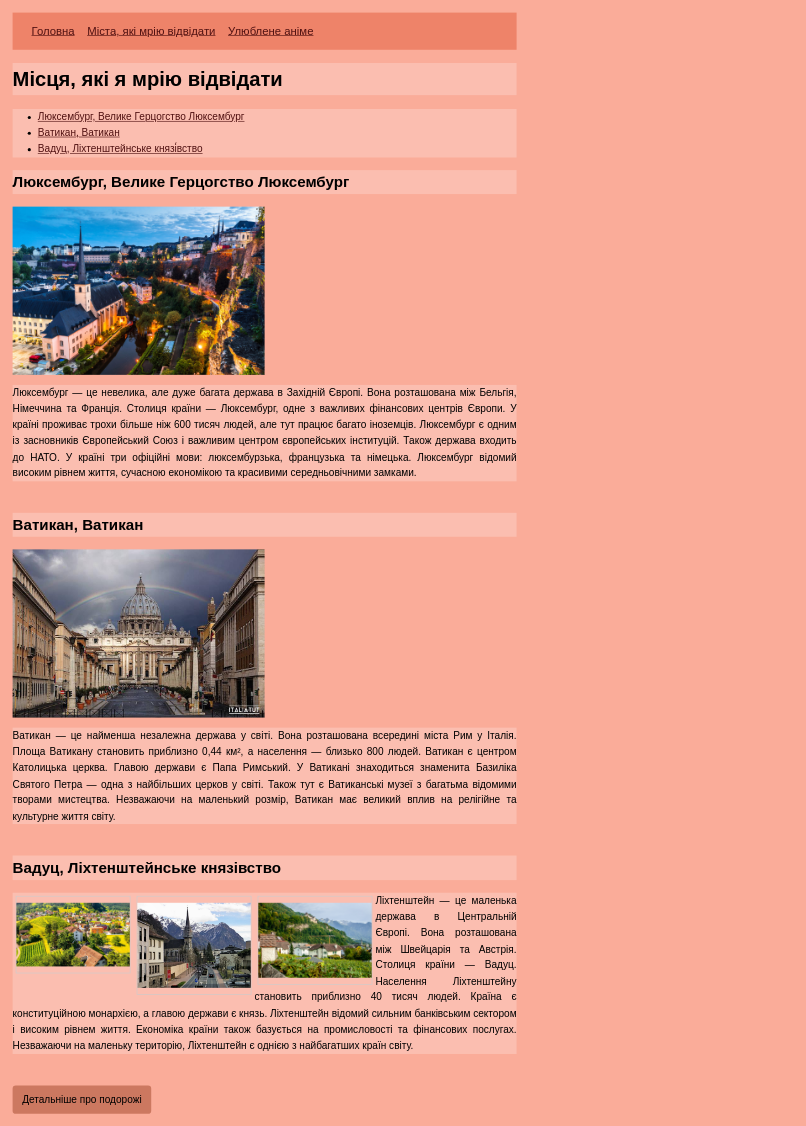
Repository: alexandrastarovoyda-star/homework_info
Page: Mainpr/pr5/html/city.html
These files come from the project's save history. The page is drawn as it stood at one moment and after the next save; the edit follows.
The browser window is 1280 px wide. The pictures show the whole page, at 63% of full size.

Above is the page before, as saved 2026-04-01 15:13:16.

### Mainpr/pr5/html/city.html
<!DOCTYPE html>
<html lang="uk">
<head>
    <meta charset="UTF-8">
    <meta name="viewport" content="width=device-width, initial-scale=1.0">
    <title>Місця, які я мрію відвідати</title>
    <link rel="stylesheet" href="../css/city.css">
    <link rel="stylesheet" href="../css/all.css">
</head>
<body>
    <div id="navbar"></div>
    <h1>Місця, які я мрію відвідати</h1>

    <ul>
        <li><a href="#luxemburg">Люксембург, Велике Герцогство Люксембург</a></li>
        <li><a href="#vatikan">Ватикан, Ватикан</a></li>
        <li><a href="#vaduz">Вадуц, Ліхтенштейнське князі́вство</a></li>
    </ul>

    <section id="luxemburg">
        <h2> Люксембург, Велике Герцогство Люксембург</h2>
        <img src="../img/Lux-1.jpg" alt="Люксембург" width="50%">
        <p align= 'justify'> Люксембург — це невелика, але дуже багата держава в Західній Європі. Вона розташована між Бельгія, Німеччина та Франція. Столиця країни — Люксембург, одне з важливих фінансових центрів Європи. У країні проживає трохи більше ніж 600 тисяч людей, але тут працює багато іноземців. Люксембург є одним із засновників Європейський Союз і важливим центром європейських інституцій. Також держава входить до НАТО. У країні три офіційні мови: люксембурзька, французька та німецька. Люксембург відомий високим рівнем життя, сучасною економікою та красивими середньовічними замками. </p>
    </section>

    <section id="vatikan">
        <h2>Ватикан, Ватикан</h2>
        <img src="../img/san_pietro_arcobaleno.jpg" alt="Ватикан" width="50%">
        <p align= 'justify'>Ватикан — це найменша незалежна держава у світі. Вона розташована всередині міста Рим у Італія. Площа Ватикану становить приблизно 0,44 км², а населення — близько 800 людей. Ватикан є центром Католицька церква. Главою держави є Папа Римський. У Ватикані знаходиться знаменита Базиліка Святого Петра — одна з найбільших церков у світі. Також тут є Ватиканські музеї з багатьма відомими творами мистецтва. Незважаючи на маленький розмір, Ватикан має великий вплив на релігійне та культурне життя світу.</p>
    </section>

    <section id="vaduz">
        <h2>Вадуц, Ліхтенштейнське князівство</h2>
        <div class="gallery">
        <img src="../img/Balzers-village-in-Liechten_0.jpg" alt="Вадуц" width="50%">
        </div>
         <div class="gallery">
        <img src="../img/vad2.jpg" alt="Вадуц" width="50%">
        </div>
         <div class="gallery">
        <img src="../img/vad3.jpg" alt="Вадуц" width="50%">
        </div>
        <p align= 'justify'>Ліхтенштейн — це маленька держава в Центральній Європі. Вона розташована між Швейцарія та Австрія. Столиця країни — Вадуц. Населення Ліхтенштейну становить приблизно 40 тисяч людей. Країна є конституційною монархією, а главою держави є князь. Ліхтенштейн відомий сильним банківським сектором і високим рівнем життя. Економіка країни також базується на промисловості та фінансових послугах. Незважаючи на маленьку територію, Ліхтенштейн є однією з найбагатших країн світу.</p>
    </section>

    <a class="back-to-top" href="https://www.accordtour.com/avtobusni_tury_bez_nichnykh_pereyizdiv/likhtenshteyn" target="_blank">Детальніше про подорожі</a>
    <script src="../js/navbar2.js"></script>
</body>
</html>

### Mainpr/pr5/css/city.css
 body {
    background-color: rgba(250, 164, 143, 0.911);/*колір фону сторінки*/
    width: 800px; /*ширина сторінки*/
    font-size: 16px; /*розмір тексту*/
    font-family: Arial, sans-serif; /*шрифт*/
    margin: 20px; /*відступ від країв*/
    line-height: 1.6; /*міжрядковий інтервал*/
}
section {
    margin-bottom: 50px; /*відступ знизу секції*/
}
img {
    max-width: 100%; /*максимальна ширина*/
    height: auto; /*висота*/
    display: block; /*зображення відображається як блочний елемент*/
    margin: 10px 0; /*відступи зліва та зправа  відсутні, 10 пікселів зверху і знизу*/
}
.back-to-top {
    display: block; /*відображається як блочний елемент*/
    margin: 20px 0; /*відступи зліва та зправа  відсутні, 20 пікселів зверху і знизу*/
    padding: 10px; /* внутрішній відступ всередині кнопки */
    background:  #ac543996; /*колір фону кнопки*/
    color: rgb(0, 0, 0); /*колір тексту кнопки*/
    text-align: center; /*положення кнопки по центру*/
    text-decoration: none; /*прибирає підкреслення посилання*/
    width: 200px; /*ширина кнопки*/
    border-radius: 5px; /*заокруглення кутів*/
}
.back-to-top:hover {
    background: #ac5439; /*зміна кольору кнопки при наведенні*/
}

h2, p, h1, ul{
    background-color: rgba(255, 255, 255, 0.219); /*колір фону тексту*/
}
div.gallery {

margin: 5px;

border: 1px solid #ccc;

float: left;

width: 180px;

}

div.gallery:hover {

border: 1px solid #777;

}

div.gallery img {

width: 100%;

height: auto;

}

### Mainpr/pr5/css/all.css
.navbar {
    display: flex;
    gap: 20px;
    background-color: rgba(238, 128, 101, 0.911);;
    padding: 15px 30px;
}

.navbar a {
    font-size: 18px;
}
a {
    color: rgb(80, 17, 17);
}
a:hover {
    color: brown;
}

### Mainpr/pr5/js/navbar2.js
const nav = document.createElement('nav');
nav.className = 'navbar';

const links = [
    { text: 'Головна', href: '../index.html' },
    { text: 'Міста, які мрію відвідати', href: 'city.html' },
    { text: 'Улюблене аніме', href: 'anime.html' }
];

links.forEach(link => {
    const a = document.createElement('a');
    a.textContent = link.text;
    a.href = link.href;
    nav.appendChild(a);
});

document.getElementById('navbar').appendChild(nav);

After the next save:
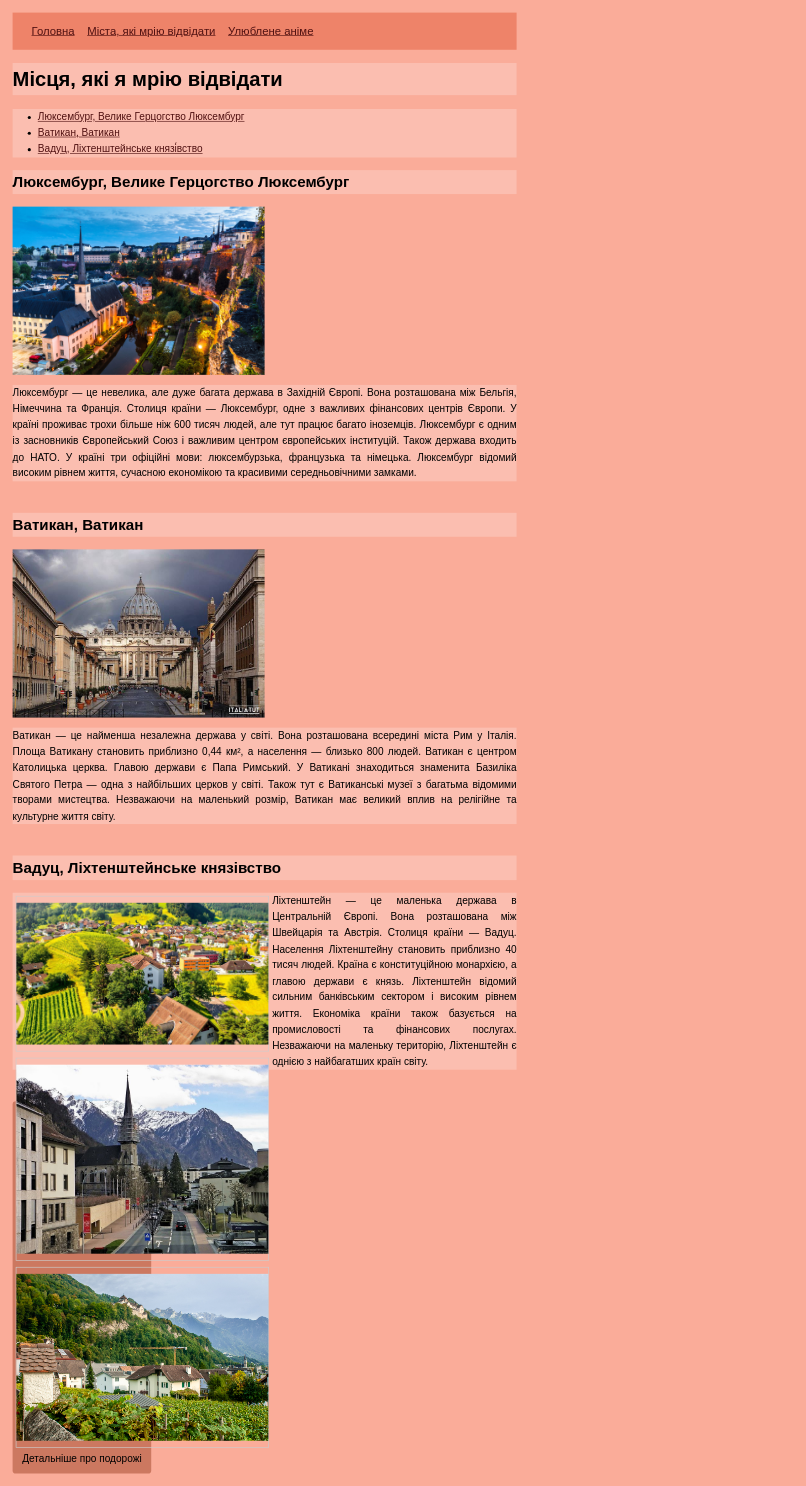
Saved 14 s later.
--- a/Mainpr/pr5/css/city.css
+++ b/Mainpr/pr5/css/city.css
@@ -41,7 +41,7 @@
 
 float: left;
 
-width: 180px;
+width: 400px;
 
 }
 
